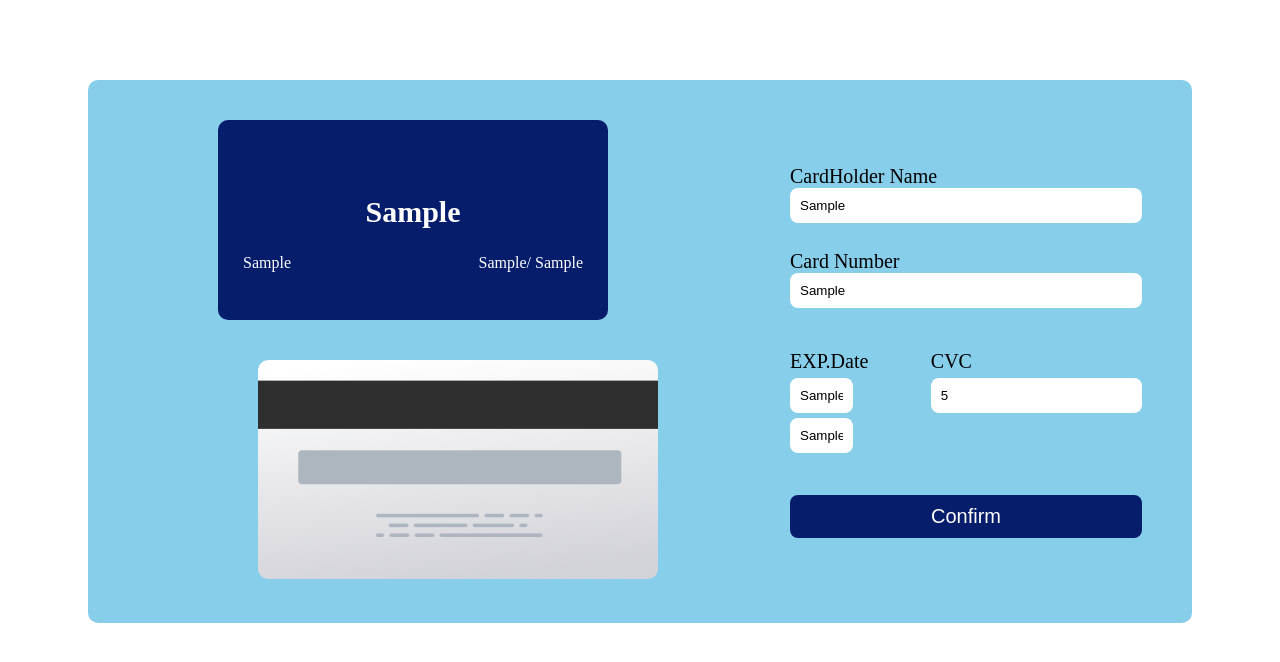
Repository: moehaymanmyint/Interactive-Card-Details-Form
Page: index.html
The author's editor kept a copy of each file at every save. The page is drawn from the files as they stood at one save, then again after the next save.
The browser window is 1280 px wide. The pictures show the whole page.
Empty fields were first filled with sample values (such as "Sample", 5 or name@example.com).
After loading, the first visible `input.confirm-btn` was clicked once.

Above is the page before, as saved 2024-10-17 22:59:11.

### index.html
<!DOCTYPE html>
<html lang="en">
<head>
    <meta charset="UTF-8">
    <meta name="viewport" content="width=device-width, initial-scale=1.0">
    <title>Interactive Card Details Form</title>
    <link rel="stylesheet" href="style.css">
</head>
<body>
    <div class="container">
        <!-- Left Side -->
    <div class="left-container">
        <div class="front-card">
            <div class="number" style="text-align: center; margin-top: 50px;" >0000 0000 0000 0000</div>
            <div class="" style="display: flex; justify-content: space-between; margin-top: 25px;">
                <span class="name">Moe Hay Man Myint</span>
                <span class="date">
                    <span class="month">00</span>/
                    <span class="year">00</span>
                </span>
            </div>
        </div>
        <div class="back-card">
            <img src="./img/bg-card-back.png" alt="">
        </div>
    </div>

    <!-- Right Side -->
    <div class="right-container">
        <form action="">
            <div class="card-name">
                <label for="">CardHolder Name</label><br>
                <input type="text" placeholder="e.g. Moe Hay Man Myint" class="card-input" id="name-input">
                <span class="name-error"></span>
            </div>
            <div class="card-number">
                <label for="">Card Number</label><br>
                <input type="text" placeholder="e.g. 1234 5678 9123 0000" class="card-input" id="number-input">
                <span class="number-error"></span>
            </div>
            <div class="card-info">
                <div class="" style="width: 40%;">
                    <label for="">EXP.Date</label><br>
                    <input type="text" placeholder="MM" class="card-date" id="month-input">
                    <input type="text" placeholder="YY" class="card-date" id="year-input">
                    <span class="date-error"></span>
                </div>
                <div class="cvc" style="width: 60%;">
                    <label for="">CVC</label><br>
                    <input type="number" placeholder="e.g. 123" class="card-cvc">
                </div>
            </div>

            <div class="btn">
                <input type="submit" value="Confirm" class="confirm-btn">
            </div>
        </form>
    </div>
    </div>
</body>
<script src="app.js"></script>
</html>

### style.css
.container{
    display: flex;
    justify-content: center;
    margin: 80px;
    background-color: skyblue;
    border-radius: 10px;
}

.left-container,
.right-container {
    margin: 20px 50px;
    width: 50%;
}

.right-container{
    display: flex;
    align-items: center;
    font-size: 20px;
}

.front-card{
    background-color: rgb(5, 29, 107);
    color: white;
    padding: 25px;
    border-radius: 10px;
    height: 150px;
    width: 340px;
    margin: 20px 80px;
}

.front-card .number{
    font-size: 30px;
    font-weight: bold;
}

.back-card img{
    width: 400px;
    margin: 20px 40px;
    border-radius: 10px;
    margin-left: 120px;
}

.right-container div{
    margin: 15px 0;
}

.card-input {
    width: 100%;
    border: none;
    padding: 10px;
    border-radius: 8px;
    box-sizing: border-box;
}

.card-date {
    width: 45%;
    margin-top: 5px;
    margin-right: 5px;
    border: none;
    padding: 10px;
    border-radius: 8px;
    box-sizing: border-box;
}

.card-cvc {
    width: 100%;
    margin-top: 5px;
    border: none;
    padding: 10px;
    border-radius: 8px;
    box-sizing: border-box;
}

.confirm-btn {
    width: 100%;
    padding: 10px;
    border-radius: 8px;
    border: none;
    background-color: rgb(5, 29, 107);
    font-size: 20px;
    color: white;
    cursor: pointer;
}

.card-info {
    display: flex;
    justify-content: space-evenly;
}

.card-name,
.card-number,
.card-info{
    padding-bottom: 12px;
}

### app.js
let cardName = document.querySelector(".name");
let cardNumber = document.querySelector(".number");
let cardMonth = document.querySelector(".month");
let cardYear = document.querySelector(".year");

let name = document.querySelector("#name-input");
let number = document.querySelector("#number-input");
let year = document.querySelector("#year-input");
let month = document.querySelector("#month-input");

let nameError = document.querySelector(".name-error");
let numberError = document.querySelector(".number-error");
let dateError = document.querySelector(".date-error");

function getData(event){
    event.preventDefault();
    cardName.innerHTML = name.value;
    cardNumber.innerHTML = number.value;
    cardMonth.innerHTML = month.value;
    cardYear.innerHTML = year.value;
}

let confirmBtn = document.querySelector(".confirm-btn");
confirmBtn.addEventListener("click", getData);

After the next save:
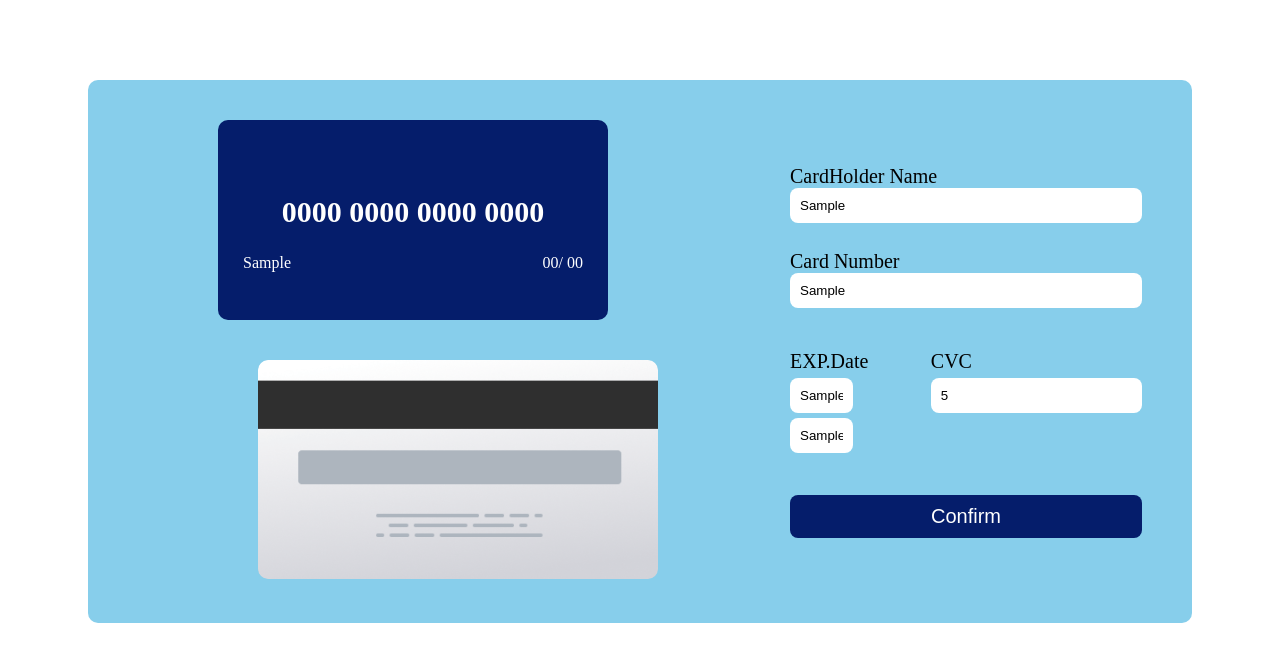
Console error: TypeError: Cannot read properties of undefined (reading 'value')
Saved 94 s later.
--- a/app.js
+++ b/app.js
@@ -15,7 +15,13 @@
 function getData(event){
     event.preventDefault();
     cardName.innerHTML = name.value;
-    cardNumber.innerHTML = number.value;
+
+    if(number.length.value === 16){
+        cardNumber.innerHTML = number.value;
+    }else{
+        numberError.innerHTML = "Required"
+    }
+
     cardMonth.innerHTML = month.value;
     cardYear.innerHTML = year.value;
 }

After the save that followed:
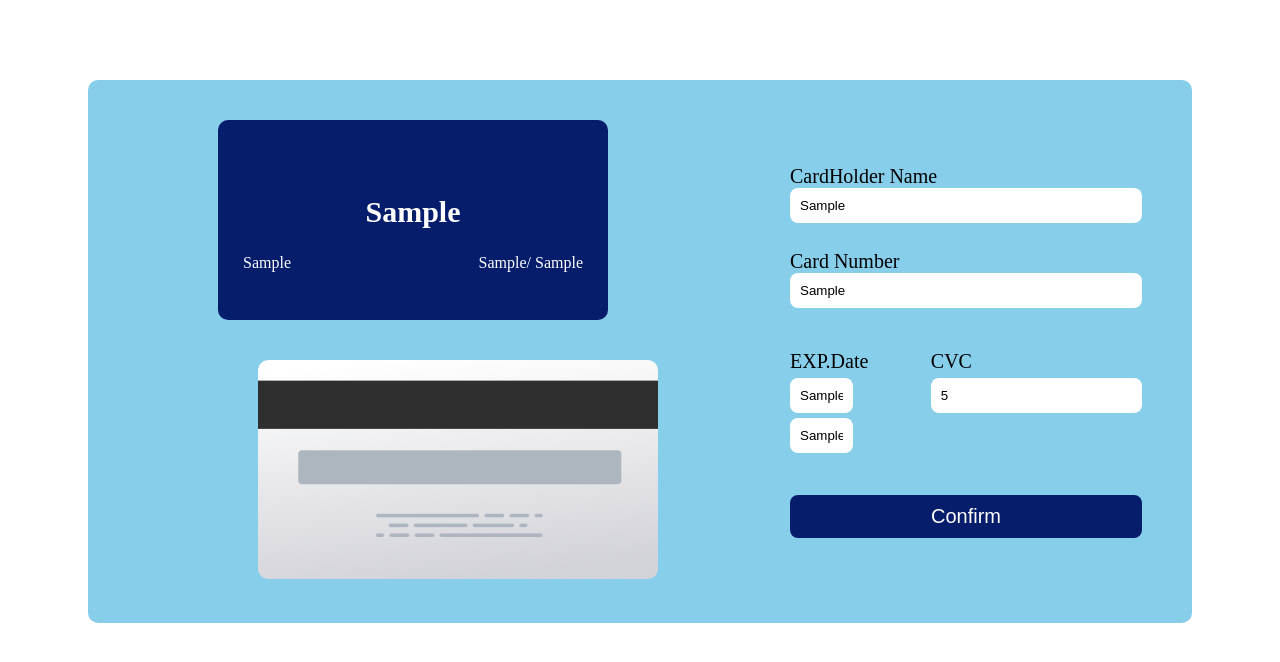
The error is gone.
Saved 44 s later.
--- a/app.js
+++ b/app.js
@@ -15,13 +15,7 @@
 function getData(event){
     event.preventDefault();
     cardName.innerHTML = name.value;
-
-    if(number.length.value === 16){
-        cardNumber.innerHTML = number.value;
-    }else{
-        numberError.innerHTML = "Required"
-    }
-
+    cardNumber.innerHTML = number.value;
     cardMonth.innerHTML = month.value;
     cardYear.innerHTML = year.value;
 }
